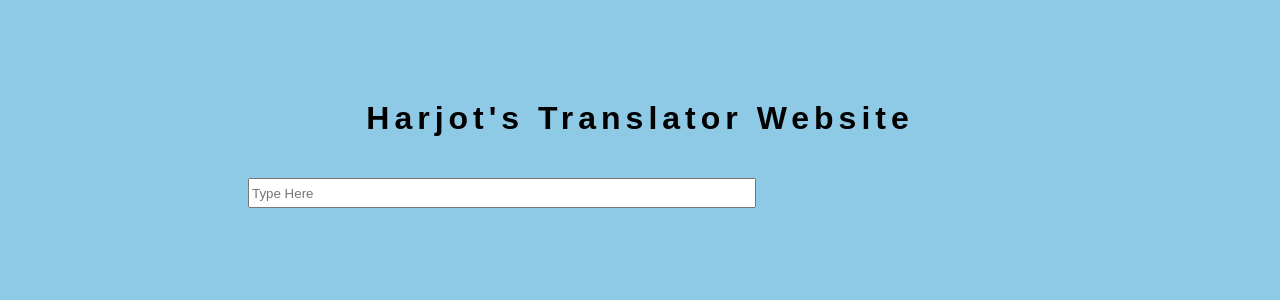
Repository: Harjot00/Pythonpractice
Page: Translator/homepage.html
These files come from the project's save history. The page is drawn as it stood at one moment and after the next save; the edit follows.
The browser window is 1280 px wide. The pictures show the whole page.
Some web fonts or font styles are not loaded; a fallback is used.

Above is the page before, as saved 2022-03-06 18:19:32.

### Translator/homepage.html
<!DOCTYPE html>
<html lang="en">
<head>
    <meta charset="UTF-8">
    <meta http-equiv="X-UA-Compatible" content="IE=edge">
    <meta name="viewport" content="width=device-width, initial-scale=1.0">
    <title>Harjot's Translator</title>
    <link rel="stylesheet" href="styles.css">
    <link href="http://fonts.cdnfonts.com/css/mrs-sheppards" rel="stylesheet">

</head>
<body>
    <h1 style = "font-family: 'Mrs Sheppards', sans-serif;letter-spacing: 5px;">Harjot's Translator Website</h1>
    <input type="text" id="entry" placeholder="Type Here"></input>
</body>
</html>

### Translator/styles.css
body{
    background-color: #8ECAE6;
    font-family: open sans;
}
h1{
    margin-top: 100px;
    text-align: center;
}
#entry{
    width: 500px;
    height: 24px;
    margin: 20px 0px 0px 240px;
}

After the next save:
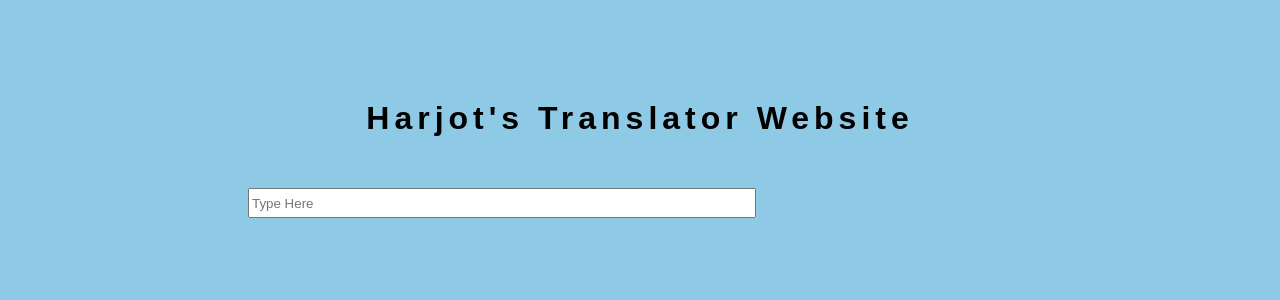
Saved 9 s later.
--- a/Translator/styles.css
+++ b/Translator/styles.css
@@ -9,5 +9,5 @@
 #entry{
     width: 500px;
     height: 24px;
-    margin: 20px 0px 0px 240px;
+    margin: 30px 0px 0px 240px;
 }
